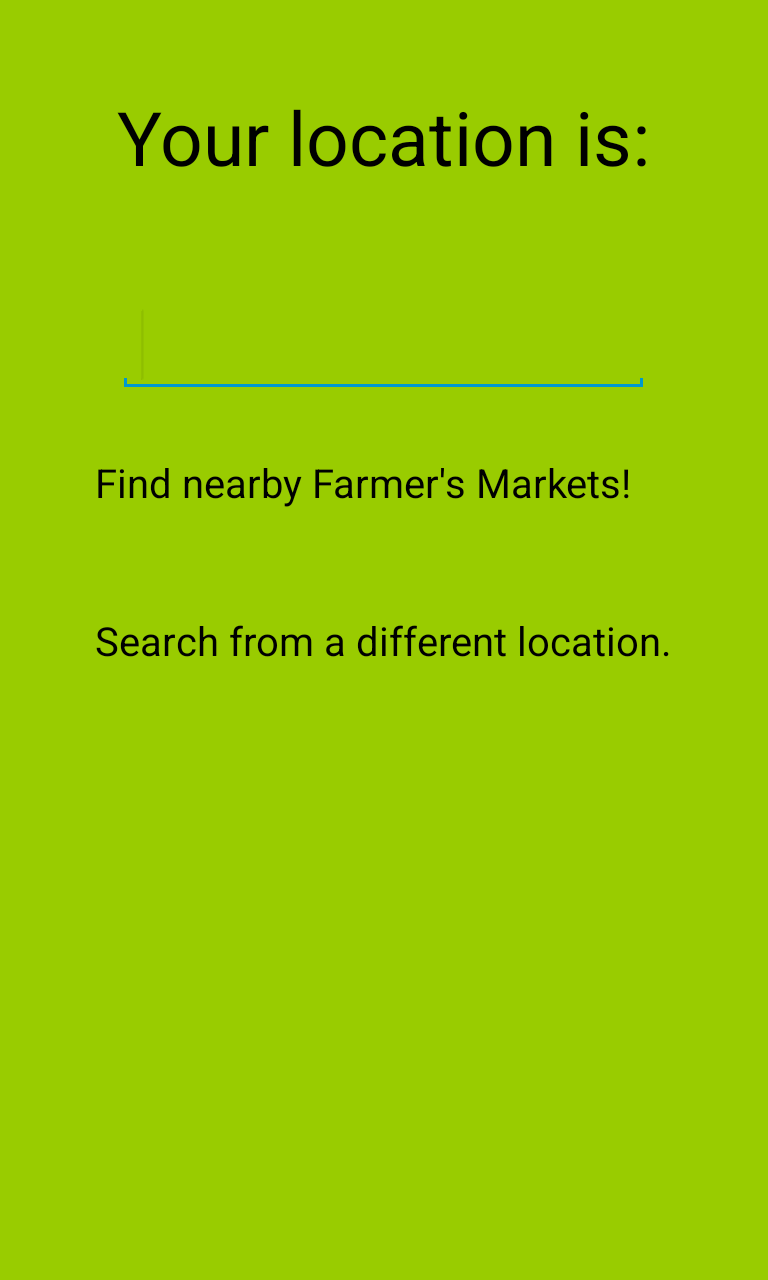
Repository: yasith/OnlyLocal
Layout: Only Local/res/layout/activity_start.xml
An editor plug-in stored every save of this project. The layout is shown before and after the next save, followed by the edit.
It is drawn on a 768 x 1280 px phone screen (xhdpi) without system bars, with theme AppTheme; the app's code is not run.

Above is the layout before, as saved 2012-07-25 05:18:58.

After the next save:
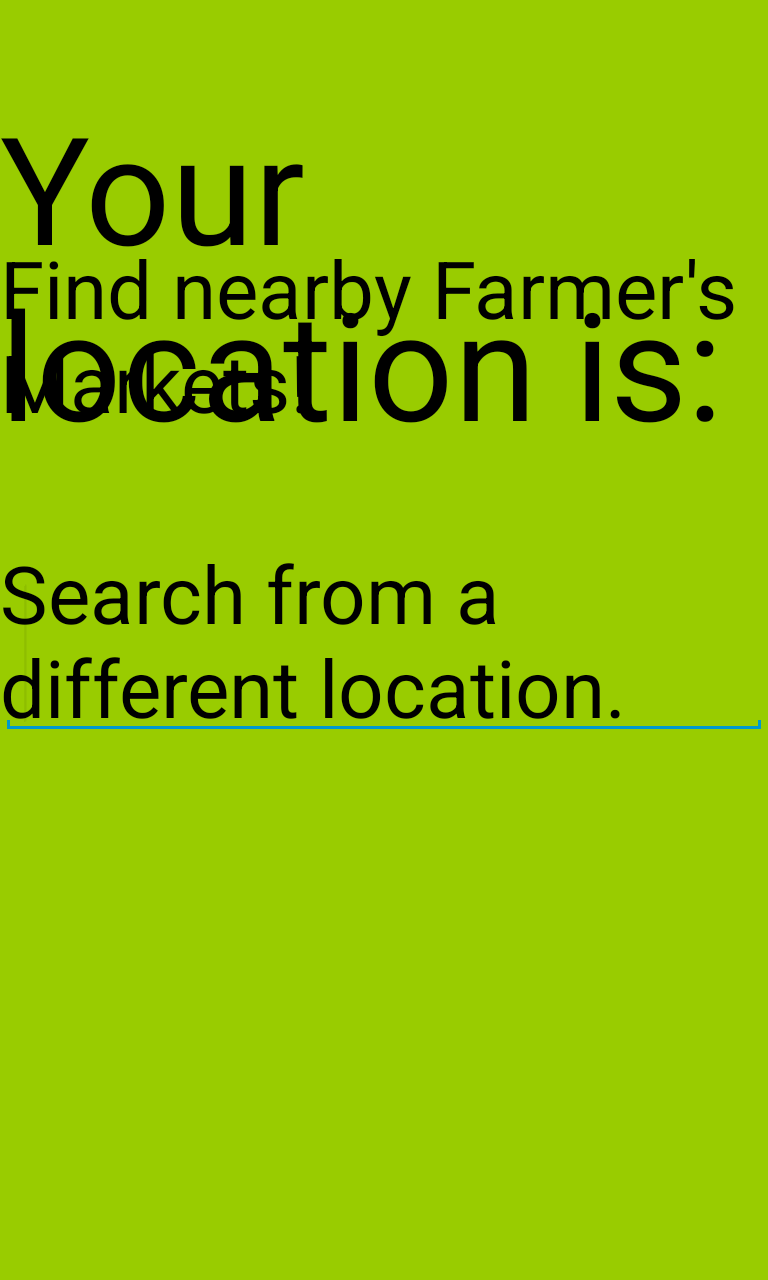
Saved 3 min 34 s later.
--- a/Only Local/res/layout/activity_start.xml
+++ b/Only Local/res/layout/activity_start.xml
@@ -13,7 +13,7 @@
         android:layout_marginTop="43dp"
         android:text="@string/loc"
         android:textAppearance="?android:attr/textAppearanceLarge"
-        android:textSize="75px" />
+        android:textSize="75dp" />
 
     <EditText
         android:id="@+id/editText1"
@@ -25,7 +25,7 @@
         android:layout_marginTop="55dp"
         android:ems="10"
         android:inputType="textPostalAddress"
-        android:textSize="50px" >
+        android:textSize="50dp" >
 
         <requestFocus />
     </EditText>
@@ -38,7 +38,7 @@
         android:layout_centerVertical="true"
         android:text="@string/change"
         android:textAppearance="?android:attr/textAppearanceLarge"
-        android:textSize="40px" />
+        android:textSize="40dp" />
 
     <TextView
         android:id="@+id/TextView01"
@@ -49,6 +49,6 @@
         android:layout_marginBottom="52dp"
         android:text="@string/search"
         android:textAppearance="?android:attr/textAppearanceLarge"
-        android:textSize="40px" />
+        android:textSize="40dp" />
 
 </RelativeLayout>
